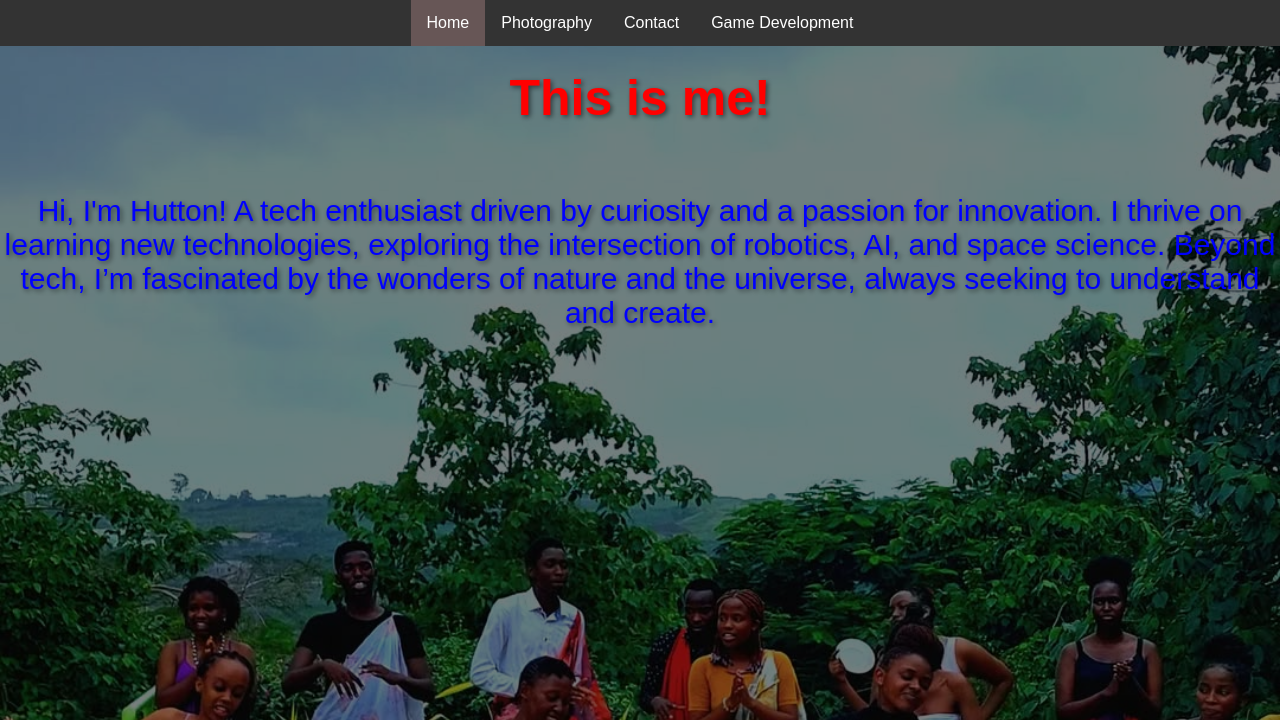
Repository: Argivist/ArgPortfolio
Page: index.html
These files come from the project's save history. The page is drawn as it stood at one moment and after the next save; the edit follows.
The browser window is 1280 px wide. The pictures show the whole page.

Above is the page before, as saved 2025-03-28 18:38:39.

### index.html
<!DOCTYPE html>
<html lang="en">

<head>
    <meta charset="UTF-8">
    <meta name="viewport" content="width=device-width, initial-scale=1.0">
    <link rel="stylesheet" href="css/styles.css">
    <link rel="stylesheet" href="css/nav.css">
    <link rel="stylesheet" href="css/home.css">

    <title>Hutton Amison-Addy</title>

    <style>
        body{
            background-color: #f0f0f0;
            font-family: 'Arial', sans-serif;
        }
    </style>
</head>

<body>
    <nav>
        <ul>
            <li class="nav-content active active-text"><a href="index.html">Home</a></li>
            <li class="nav-content"><a href="https://www.instagram.com/theworldinoneseye/">Photography</a></li>

            <li class="dropdown nav-content">
                <a href="contact.html">Contact</a>
                <ul class="dropdown-content">
                    <li><a href="https://www.linkedin.com/in/hutton-amison-addy-7b1b3b1b1/">LinkedIn</a></li>
                    <li><a href="https://www.github.com/Argivist">GitHub</a></li>
                    <li><a href="mailto:hutton.amison@ashesi.edu.gh">hutton.amison@ashesi.edu.gh</a></li>
                    <li><a href="mailto:huttonaaddy.public@gmail.com">huttonaaddy.public@gmail.com</a></li>
                </ul>
            </li>

            <li class="dropdown nav-content">
                <a href="#">Game Development</a>
                <ul class="dropdown-content">
                    <li><a href="game/index.html">Game Development Projects</a></li>
                    <li><a href="blender/index.html">Blender</a></li>
                </ul>
            </li>
        </ul>
    </nav>
    <div class="padding">
    </div>
        <div class="overlay">
            <h1>This is me!</h1>
            <p class="desc">
                Hi, I'm Hutton! A tech enthusiast driven by curiosity and a passion for innovation. I thrive on learning new technologies, exploring the intersection of robotics, AI, and space science. Beyond tech, I’m fascinated by the wonders of nature and the universe, always seeking to understand and create.
            </p>
        </div>



</body>

</html>

### css/styles.css
body{
    height: 100%;
    margin: 0;
    padding: 0;
}

 p {
    white-space: pre-line; /* preserves newlines, but collapses extra spaces */
  }

### css/nav.css
/* 1. Define default variables in :root */


/* NAV Content and Dropdown */
.nav-content {
    position: relative;
    display: inline-block;
}

.dropdown {
    position: relative; /* For proper absolute positioning of its child */
    display: inline-block;
}

.dropdown:hover .dropdown-content {
    display: block;
}

.dropdown-content {
    display: none;
    position: absolute; /* This makes it overlay other elements without affecting layout */
    background-color: var(--dropdown-bg);
    min-width: 160px;
    box-shadow: 0px 8px 16px 0px rgba(0,0,0,0.2);
    z-index: 1;
}

/* Nav Stylisation */
nav {
    background-color: var(--nav-bg);
    position: fixed;
    top: 0;
    left: 0;
    width: 100vw;
    z-index: 100;
    display: flex;
    justify-content: center;  /* Centers the nav content horizontally */
    align-items: center;      /* Vertically centers items */
    margin: 0;
    color: var(--nav-link-color);
}

/* Reserve space for the fixed navbar */
.padding {
    height: 35px;  /* Adjust this value to match your navbar's height */
    top: 0;
    left: 0;
    width: 100%;
    bottom: 0;
}

/* Nav List Styles */
nav ul {
    list-style-type: none;
    margin: 0;
    padding: 0;
    display: flex;
}

nav ul li {
    display: inline-block;
    margin: 0;
    text-align: center;
    /* If you want each <li> to match nav’s background: */
    background-color: var(--nav-bg);
}

/* Nav Links */
nav ul li a {
    display: block;
    color: var(--nav-link-color);
    text-align: center;
    padding: 14px 16px;
    text-decoration: none;
}

nav ul li a:hover {
    background-color: var(--nav-link-hover-bg);
    color: var(--nav-link-active-color);
}

/* Optional: Ensure dropdown list items take full width */
.dropdown ul li {
    width: 100%;
}

/* Active link styling */
.active {
    background-color: var(--active-bg);
    /* color: var(--nav-link-active-color); */
    text-decoration: none;
}
/* If .active is on the <li>, target the <a> inside */
.active-text{
    color: var(--nav-link-active-color);
}

### css/home.css
/* Custom Theme variables */
:root {
    --nav-bg: #333;
    --nav-link-color: #fff;
    --nav-link-hover-bg: #111;
    --dropdown-bg: #f9f9f9;
    --active-bg: #675656;
    --body-text-color: #333;      /* General text color */
    --heading-text-color: #222;   /* Headings, if desired */
}


h1 {
    color: red;
    font-size: 50px;
    text-align: center;
    text-shadow: 2px 2px 5px rgba(0, 0, 0, 0.5);
}

p {
    color: blue;
    font-size: 30px;
    text-align: center;
    text-shadow: 2px 2px 5px rgba(0, 0, 0, 0.5);
}


body {
    background-image:url('../img/home.jpeg');
    background-size:cover;    /* Ensures the image covers the whole screen */
    background-repeat: no-repeat;  /* Prevents tiling */
    /* background-position: center;   Centers the image */
}
.overlay {
    position: fixed;
    /* top: 0; */
    left: 0;
    width: 100%;
    height: 100%;
    background-color: rgba(0, 0, 0, 0.5); /* Adjust opacity as needed */
    z-index: -1; /* Keeps it behind your content */
}

After the next save:
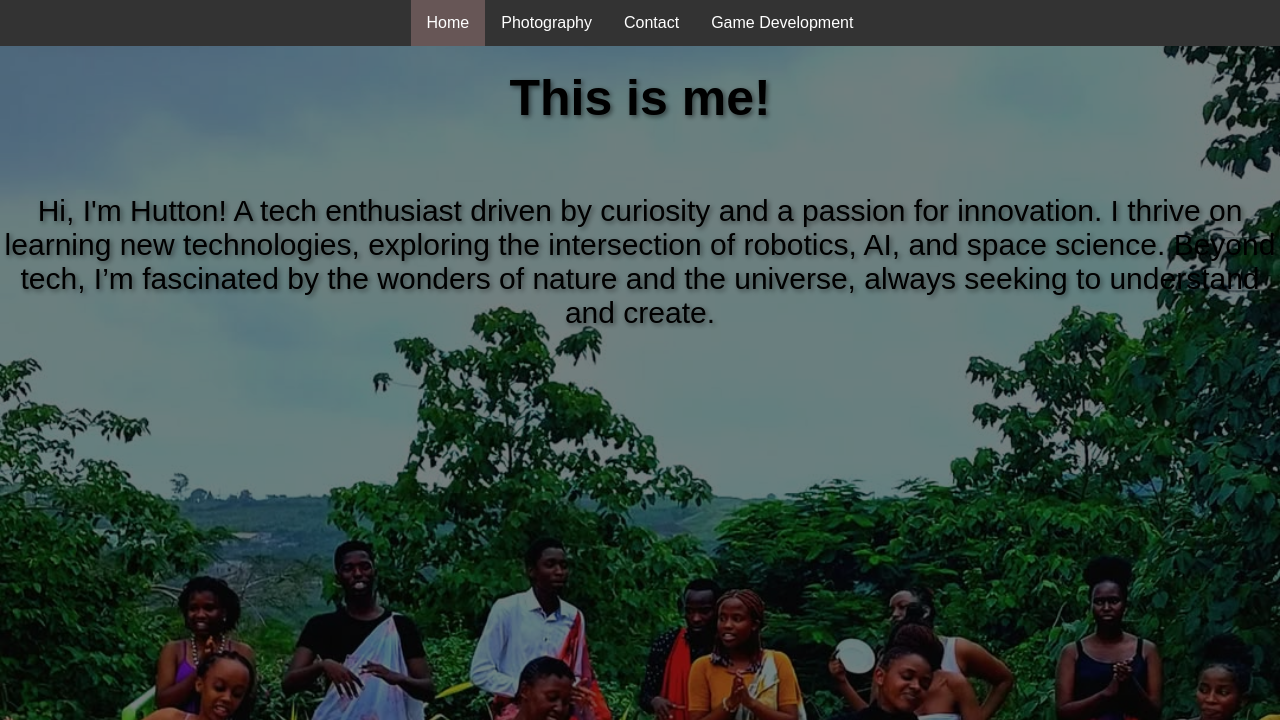
Saved 15 s later.
--- a/css/home.css
+++ b/css/home.css
@@ -11,14 +11,14 @@
 
 
 h1 {
-    color: red;
+    color: --heading-text-color;
     font-size: 50px;
     text-align: center;
     text-shadow: 2px 2px 5px rgba(0, 0, 0, 0.5);
 }
 
 p {
-    color: blue;
+    color: --body-text-color;
     font-size: 30px;
     text-align: center;
     text-shadow: 2px 2px 5px rgba(0, 0, 0, 0.5);
